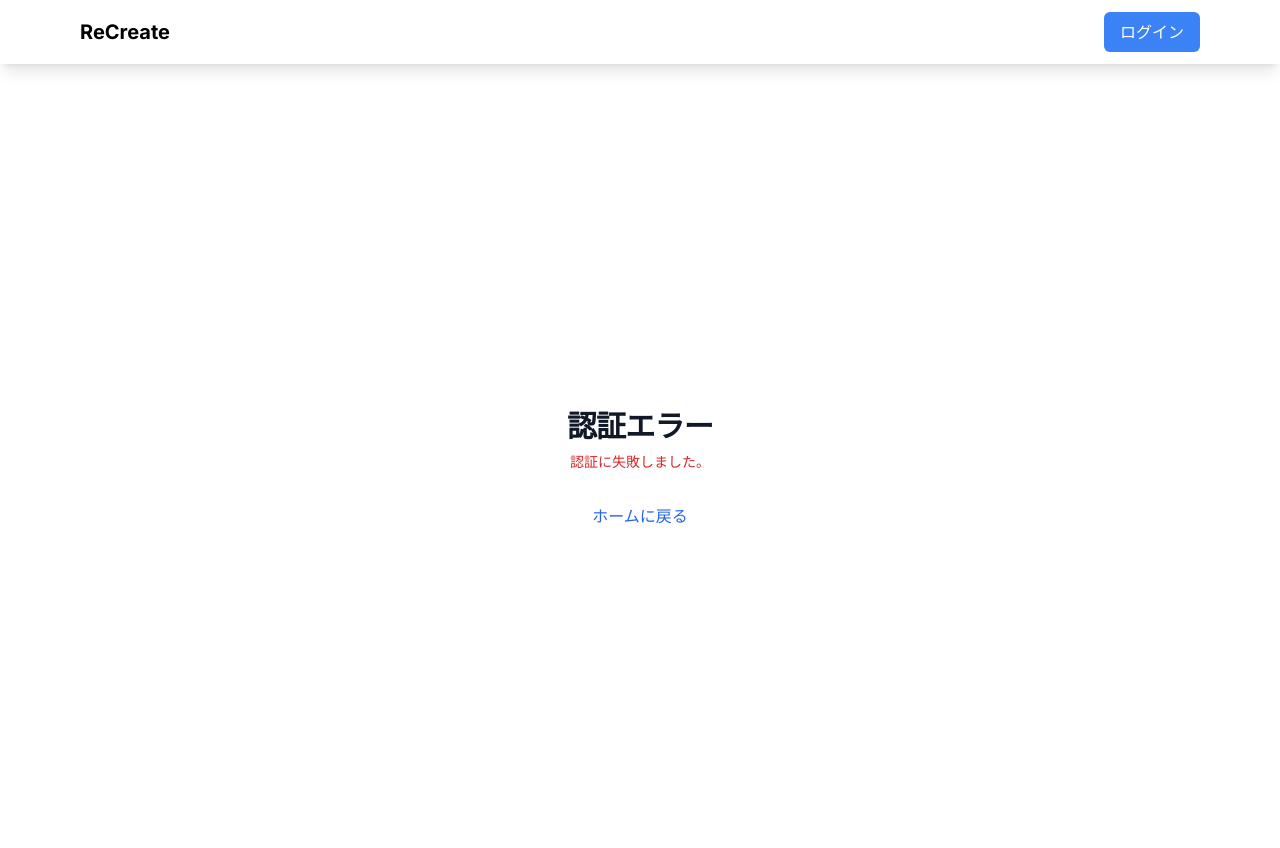
Repository: hayakawa1/recreate
Page: /auth/error
An editor plug-in stored every save of this project. The page is shown before and after the next save, followed by the edit.
The browser window is 1280 px wide. The pictures show the whole page.
The page's requests for data from a server got no answer. The project was rebuilt for these pictures with package versions that can differ from the ones it lists, and the page was loaded fresh each time. The framework's server and built-in components were replaced by stand-ins that run in the browser. No one was signed in, and anything a server would have sent is missing. Also part of the build but not shown: next.config.js.

Above is the page before, as saved 2025-01-02 19:17:38.

After the next save:
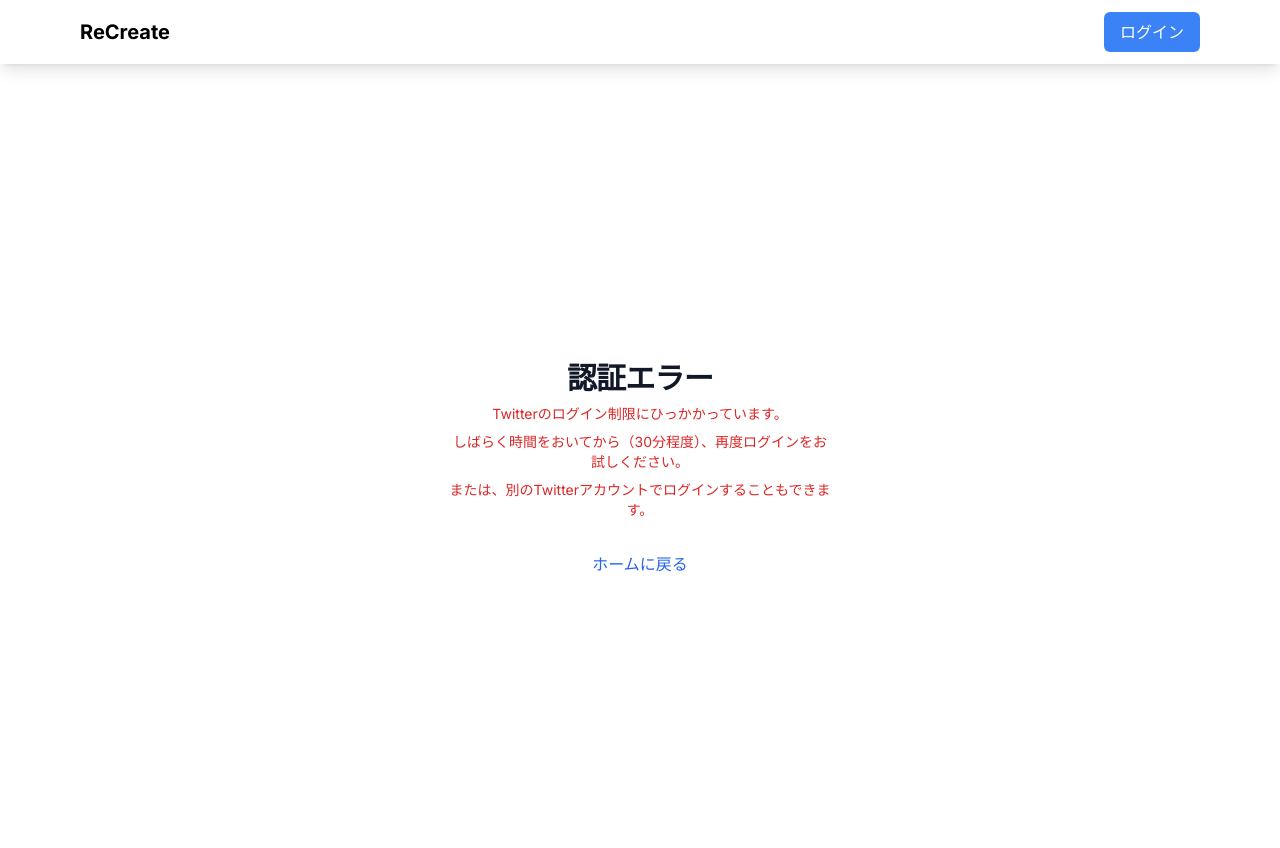
Saved 62 s later.
--- a/src/app/auth/error/page.tsx
+++ b/src/app/auth/error/page.tsx
@@ -17,15 +17,11 @@
             認証エラー
           </h2>
           <p className="mt-2 text-sm text-red-600">
-            {error === 'OAuthCallback' ? (
-              <div className="space-y-2">
-                <p>Twitterのログイン制限にひっかかっています。</p>
-                <p>しばらく時間をおいてから（30分程度）、再度ログインをお試しください。</p>
-                <p>または、別のTwitterアカウントでログインすることもできます。</p>
-              </div>
-            ) : (
-              '認証に失敗しました。'
-            )}
+            <div className="space-y-2">
+              <p>Twitterのログイン制限にひっかかっています。</p>
+              <p>しばらく時間をおいてから（30分程度）、再度ログインをお試しください。</p>
+              <p>または、別のTwitterアカウントでログインすることもできます。</p>
+            </div>
           </p>
           <div className="mt-8">
             <Link
